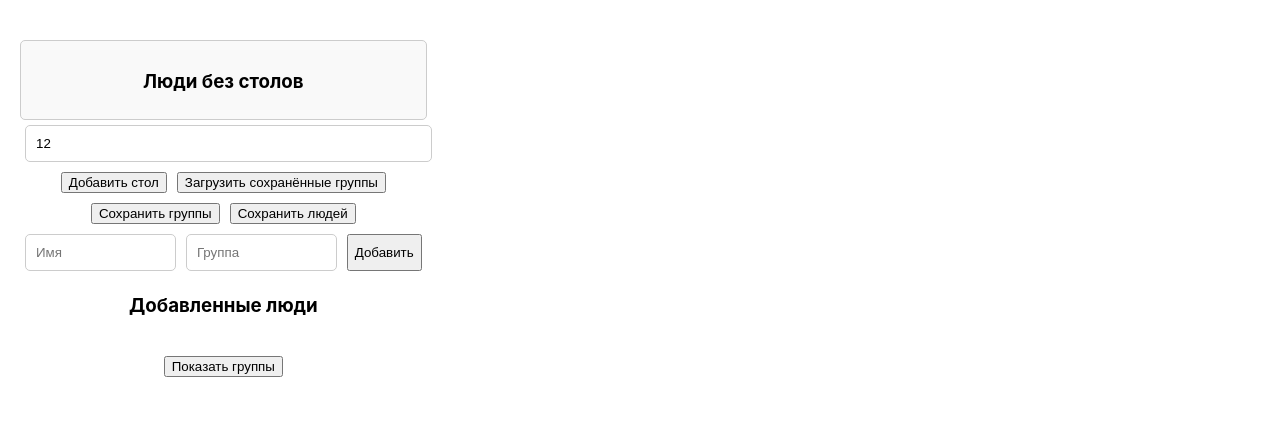
Repository: Vahan-23/Table-V2
Page: /
The author's editor kept a copy of each file at every save. The page is drawn from the files as they stood at one save, then again after the next save.
The browser window is 1280 px wide. The pictures show the whole page.
The project was rebuilt for these pictures with package versions that can differ from the ones it lists, and the page was loaded fresh each time.

Above is the page before, as saved 2025-02-26 13:09:36.

### src/App.js
import './App.css';
import SeatingArrangement from './component/SeatingArrangement';

function App() {
  return (
    <div className="App">
      <SeatingArrangement />
    </div>
  );
}

export default App;

### src/component/SeatingArrangement.jsx
import React, { useState, useEffect } from 'react';
import { useDrag, useDrop } from 'react-dnd';
import { DndProvider } from 'react-dnd';
import { HTML5Backend } from 'react-dnd-html5-backend';
import './App.css';


const SeatingArrangement = () => {
    const [tables, setTables] = useState([]);
    const [people, setPeople] = useState([]);
    const [groupInput, setGroupInput] = useState('');
    const [peopleInput, setPeopleInput] = useState('');
    const [showGroups, setShowGroups] = useState(false);
    const [draggingGroup, setDraggingGroup] = useState(null);
    const [zoom, setZoom] = useState(1);
    const [chairCount, setChairCount] = useState(12);


    const UnseatedPeopleList = ({ people, tables }) => {
        // Фильтруем людей, которые не сидят за столами
        const unseatedPeople = people.filter((person) => {
            return !tables.some((table) => table.people.some((tablePerson) => tablePerson && tablePerson.name === person.name));
        });

        return (
            <div className="unseated-people-list">
                <h3>Люди без столов</h3>
                <ul>
                    {unseatedPeople.map((person, index) => (
                        <li key={index}>
                            {person.name} (Группа {person.group})
                        </li>
                    ))}
                </ul>
            </div>
        );
    };

    useEffect(() => {
        window.addEventListener("wheel", handleWheel, { passive: false });
        return () => window.removeEventListener("wheel", handleWheel);
    }, []);

    const handleWheel = (e) => {
        if (e.ctrlKey) {
            e.preventDefault();
            setZoom((prevZoom) => {
                let newZoom = prevZoom + (e.deltaY > 0 ? -0.1 : 0.1);
                return Math.min(Math.max(newZoom, 0.5), 2); // Ограничиваем от 0.5x до 2x
            });
        }
    };

    useEffect(() => {
        const savedTables = JSON.parse(localStorage.getItem('tables'));
        if (savedTables) setTables(savedTables);
        const savedPeople = JSON.parse(localStorage.getItem('people'));
        if (savedPeople) setPeople(savedPeople);
    }, []);

    const handleAddPerson = (tableId, person) => {
        if (peopleInput && groupInput) {
            const newPerson = { name: peopleInput, group: groupInput };
            setPeople([...people, newPerson]);
            setPeopleInput('');
            setGroupInput('');
            setTables((prevTables) =>
                prevTables.map((table) =>
                  table.id === tableId
                    ? { ...table, people: [...table.people, person] } // Добавление нового человека
                    : table
                )
              );
        } else {
            alert('Пожалуйста, заполните все поля.');
        }
    };

    const handleDeletePerson = (personName) => {
        setPeople(people.filter((person) => person.name !== personName));
    };

    const handleAddTable = () => {
        setTables([...tables, { id: Date.now(),  people: [], chairCount }]); // Передаем количество стульев в таблицу
    };


    const handleChairCountChange = (e) => {
        setChairCount(parseInt(e.target.value, 10)); // Изменяем количество стульев
    };

    const handleDeleteTable = (tableId) => {
        setTables((prevTables) => {
            const tableToRemove = prevTables.find((t) => t.id === tableId);

            if (tableToRemove) {
                setPeople((prevPeople) => {
                    const peopleToReturn = tableToRemove.people.filter((p) => p && p.name); // Проверка на пустые или невалидные объекты

                    const newPeople = [...prevPeople];
                    peopleToReturn.forEach((person) => {
                        // Проверка на наличие такого человека в новом списке людей
                        if (person && !newPeople.some((p) => p.name === person.name)) {
                            newPeople.push(person);
                        }
                    });
                    return newPeople;
                });
            }

            // Удаляем стол
            return prevTables.filter((t) => t.id !== tableId);
        });
    };

    const saveTables = () => {
        localStorage.setItem('tables', JSON.stringify(tables));
    };

    const loadSavedTables = () => {
        const savedTables = JSON.parse(localStorage.getItem('tables'));
        if (savedTables) setTables(savedTables);
    };

    const savePeople = () => {
        localStorage.setItem('people', JSON.stringify(people));
    };


    const renderGroups = () => {
        const groupedPeople = people.reduce((acc, person) => {
            if (!acc[person.group]) acc[person.group] = [];
            acc[person.group].push(person);
            return acc;
        }, {});

        return Object.entries(groupedPeople).map(([groupName, group], index) => (
            <Group
                key={index}
                group={group}
                groupName={groupName} // отображаем имя группы, которое задано пользователем
                setDraggingGroup={setDraggingGroup}
            />
        ));
    };

    return (
        <DndProvider backend={HTML5Backend}>
            <div className="container">
                <div className="left-panel">
                <UnseatedPeopleList people={people} tables={tables} />
                    <div className="controls">
                    <input
                            type="number"
                            value={chairCount}
                            onChange={handleChairCountChange}
                            min="1"
                            placeholder="Количество стульев на столе"
                        />
                        <button onClick={handleAddTable}>Добавить стол</button>
                        <button onClick={loadSavedTables}>Загрузить сохранённые группы</button>
                        <button onClick={saveTables}>Сохранить группы</button>
                        <button onClick={savePeople}>Сохранить людей</button>
                    </div>

                    <div className="person-input">
                        <input
                            type="text"
                            value={peopleInput}
                            onChange={(e) => setPeopleInput(e.target.value)}
                            placeholder="Имя"
                        />
                        <input
                            type="text"
                            value={groupInput}
                            onChange={(e) => setGroupInput(e.target.value)}
                            placeholder="Группа"
                        />
                        <button onClick={handleAddPerson}>Добавить</button>
                    </div>

                    <div className="people-list">
                        <h3>Добавленные люди</h3>
                        <ul>
                            {people.map((person, index) => (
                                <li key={index}>
                                    {person.name} (Группа {person.group})
                                    <button
                                        onClick={() => handleDeletePerson(person.name)}
                                        className="delete-btn"
                                    >
                                        Удалить
                                    </button>
                                </li>
                            ))}
                        </ul>
                    </div>

                    <div className="toggle-groups">
                        <button onClick={() => setShowGroups(!showGroups)}>
                            {showGroups ? 'Скрыть группы' : 'Показать группы'}
                        </button>
                        {showGroups && (
                            <div className="group-list">

                                <h3>Группы для перетаскивания: </h3>
                                {renderGroups()}
                                <div className="controls">
                                    <button onClick={() => setZoom((z) => Math.min(z + 0.1, 2))}>+</button>
                                    <button onClick={() => setZoom((z) => Math.max(z - 0.1, 0.5))}>-</button>
                                </div>
                            </div>
                        )}
                    </div>
                </div>

                <div className="right-panel" style={{ transform: `scale(${zoom})`, transformOrigin: "center" }}>
            {tables.map((table) => (
                <Table
                    key={table.id}
                    table={table}
                    setTables={setTables}
                    handleDeleteTable={handleDeleteTable}
                    draggingGroup={draggingGroup}
                    setDraggingGroup={setDraggingGroup}
                    people={people} // Pass the `people` prop here
                    setPeople={setPeople}

                />
            ))}

            {draggingGroup && (
                <NewTable
                    draggingGroup={draggingGroup}
                    setTables={setTables}
                    setDraggingGroup={setDraggingGroup}
                    setPeople={setPeople}
                />
            )}
        </div>
            </div>
        </DndProvider>
    );

};

const Popup = ({ people, onSelectPerson, onClose }) => {
    return (
        <div className="popup-overlay" onClick={onClose}>
            <div className="popup-content" onClick={(e) => e.stopPropagation()}>
                <h3>Выберите человека</h3>
                <ul>
                    {people.map((person, index) => (
                        <li key={index}>
                            <button onClick={() => onSelectPerson(person)}>
                                {person.name}
                            </button>
                        </li>
                    ))}
                </ul>
                <button onClick={onClose}>Закрыть</button>
            </div>
        </div>
    );
};

// Компонент Table
const Table = ({ table, setTables, handleDeleteTable, draggingGroup, setDraggingGroup, people ,setPeople }) => {
    const [selectedChairIndex, setSelectedChairIndex] = useState(null);
    const [isPopupVisible, setIsPopupVisible] = useState(false);

    const [, drop] = useDrop({
        accept: 'GROUP',
        drop: (item) => {
            if (table.people.length + item.group.length <= table.chairCount) { // Используем chairCount стола
                setTables((prevTables) =>
                    prevTables.map((t) =>
                        t.id === table.id
                            ? { ...t, people: [...t.people, ...item.group] }
                            : t
                    )
                );
                setDraggingGroup(null);
                setPeople((prevPeople) =>
                    prevPeople.filter((person) =>
                        !item.group.some((groupPerson) => groupPerson.name === person.name)
                    )
                ); }
                else {
                alert(`На столе не может быть больше ${table.chairCount} человек!`);
            }
        },
    });

    const handleChairClick = (index) => {
        setSelectedChairIndex(index);
        setIsPopupVisible(true); // Показываем попап
    };

    const handleSelectPerson = (person) => {
        if (selectedChairIndex !== null) {
            // Копируем текущие данные стола и людей
            const updatedPeople = [...table.people];
            updatedPeople[selectedChairIndex] = person;

            // Обновляем столы с изменением людей
            setTables((prevTables) =>
                prevTables.map((t) =>
                    t.id === table.id ? { ...t, people: updatedPeople } : t
                )
            );

            // Обновляем список людей, удаляя выбранного человека
            setPeople((prevPeople) =>
                prevPeople.filter((p) => p.name !== person.name)
            );

            // Закрываем попап и сбрасываем выбранный стул
            setIsPopupVisible(false);
            setSelectedChairIndex(null);
        }
    };


    const filteredPeople = people.filter((person) => {
        return !table.people.some((tablePerson) => tablePerson && tablePerson.name === person.name);
    });

    const chairs = [];
    const angleStep = 360 / table.chairCount; // Используем chairCount стола
    const radius = 140;

    const peopleOnTable = table.people || [];

    for (let i = 0; i < table.chairCount; i++) { // Здесь также используем chairCount
        const angle = angleStep * i;
        const xPosition = radius * Math.cos((angle * Math.PI) / 180);
        const yPosition = radius * Math.sin((angle * Math.PI) / 180);

        const chairStyle = {
            position: 'absolute',
            top: '50%',
            left: '50%',
            transformOrigin: 'center',
            width: '60px',
            height: '60px',
            backgroundImage: peopleOnTable[i] ? "url('/red1.png')" : "url('/green2.png')",
            backgroundSize: 'cover',
            backgroundPosition: 'center',
            backgroundRepeat: 'no-repeat',
            color: 'white',
            display: 'flex',
            justifyContent: 'center',
            alignItems: 'center',
            borderRadius: '50%',
            fontSize: '12px',
            textAlign: 'center',
            left: `calc(50% + ${xPosition}px)`,
            top: `calc(50% + ${yPosition}px)`,

        };


        if (angle >= 0 && angle < 90) {
            chairStyle.transform = `rotate(${angle + 90}deg)`;
        } else if (angle >= 90 && angle < 180) {
            chairStyle.transform = `rotate(${angle + 90}deg)`;
        } else if (angle >= 180 && angle < 270) {
            chairStyle.transform = `rotate(${angle + 90}deg)`;
        } else {
            chairStyle.transform = `rotate(${angle + 90}deg)`;
        }

        chairs.push(
            <div
                key={i}
                className="chair"
                style={chairStyle}
                onClick={() => handleChairClick(i)}
            >
                {peopleOnTable[i] ? peopleOnTable[i].name : ''}
            </div>
        );
    }


    return (
        <div ref={drop} className="tableContainer">
            <h3>Стол {table.id} (Стульев: {table.chairCount})</h3> {/* Отображаем количество стульев */}
            <div className="table">
                <div className="table-top">
                    {chairs}
                </div>
            </div>
            <button onClick={() => handleDeleteTable(table.id)}>Удалить стол</button>

            {isPopupVisible && (
                <div className="popup-overlay">
                    <div className="popup">
                        <h3>Выберите человека</h3>
                        <ul>
                            {filteredPeople.map((person) => (
                                <li key={person.name} onClick={() => handleSelectPerson(person)}>
                                    {person.name}
                                </li>
                            ))}
                        </ul>
                        <button onClick={() => setIsPopupVisible(false)}>Закрыть</button>
                    </div>
                </div>
            )}
        </div>
    );
};


const Group = ({ group, groupName, setDraggingGroup }) => {
    const [{ isDragging }, drag] = useDrag({
        type: 'GROUP',
        item: { group },
        collect: (monitor) => ({
            isDragging: monitor.isDragging(),
        }),
    });

    useEffect(() => {
        if (isDragging) {
            setDraggingGroup(group);
        }
    }, [isDragging, group, setDraggingGroup]);

    return (
        <div ref={drag} className="group" style={{ opacity: isDragging ? 0.5 : 1 }}>
            <h4>{groupName}</h4>
        </div>
    );
};




const NewTable = ({ draggingGroup, setTables, setDraggingGroup , setPeople }) => {
    const [{ isOver }, drop] = useDrop({
        accept: 'GROUP',
        drop: (item) => {
            // Ensure the group isn't too large
            if (item.group.length <= 12) {
                const newTable = {
                    id: Date.now(), // Unique ID for the table
                    people: item.group, // Assign the dropped group to the table
                    chairCount: item.group.length, // Number of chairs is equal to the group size
                };

                // Add the new table to the state
                setTables((prevTables) => [...prevTables, newTable]);
                setPeople((prevPeople) =>
                    prevPeople.filter((person) => !item.group.some((groupPerson) => groupPerson.name === person.name))
                );

            } else {
                alert('Новый стол не может содержать больше 12 человек!');
            }

            // Reset the dragging group after the drop
            setDraggingGroup(null);
        },
        collect: (monitor) => ({
            isOver: monitor.isOver(), // Determine if the area is being hovered
        }),
    });

    return (
        <div
            ref={drop}
            className={`new-table ${isOver ? 'hovered' : ''}`} // Add a visual effect when hovered
            style={{
                border: '2px dashed gray',
                padding: '20px',
                textAlign: 'center',
                backgroundColor: isOver ? '#e0e0e0' : '#f5f5f5',
            }}
        >
            Перетащите группу сюда, чтобы создать новый стол
        </div>
    );
};


export default SeatingArrangement;

### src/component/App.css
.container {
  display: flex;
  padding: 20px;
}

.left-panel {
  flex: 1;
  margin-right: 20px;
}

.right-panel {
  flex: 2;
  display: flex;
  flex-wrap: wrap;
  justify-content: flex-start;
}

.controls button, .person-input button {
  margin: 5px;
}

.person-input {
  display: flex;
  justify-content: space-between;
  margin-bottom: 10px;
}

input {
  display: flex;
  justify-content: space-between;
  padding: 10px;
  margin: 5px;
  border: 1px solid #ccc;
  border-radius: 5px;
  width: calc(100% - 22px); /* Учитываем padding и border */
}
.people-list ul {
  list-style-type: none;
  padding: 0;
}

.people-list li {
  margin-bottom: 10px;
}

.delete-btn {
  margin-left: 10px;
}

.toggle-groups button {
  margin-top: 20px;
}

.tableContainer{
  position: relative;
  display: flex;
  width: 450px;
  height: 450px;
  /* background-color: aqua; */
  justify-content: space-between;
  align-items: center;
  text-align: center;
  flex-direction: column;
  /* border-radius: 50%; */
  overflow: hidden;
}

.table {
  /* position: relative; */
  margin: 20px;
  width: 200px;
  height: 200px;
  border: 50px solid #e7d8c7;
  border-radius: 50%;
  display: flex;
  justify-content: center;
  align-items: center;
  background-image: url('../../public/table.jpg');
  background-size: cover;
}

.table-top {
  position: relative;
  top: -15%;
  left: -15%;
  /* /* width: 250px; */
  /* height: 250px; */
}

.chair {
  position: absolute;
  width: 60px;
  height: 60px;
  background-size: cover;
  background-position: center;
  background-repeat: no-repeat;
  color: white;
  display: flex;
  justify-content: center;
  align-items: center;
  border-radius: 50%;
  font-size: 12px;
  text-align: center;
  cursor: pointer;
  transition: transform 0.2s ease, opacity 0.2s ease;
}

.chair:hover {
  transform: scale(1.1);
  opacity: 0.7;
}
.new-table {
  width: 100px;
  height: 100px;
  background-color: lightgray;
  margin: 10px;
  display: flex;
  justify-content: center;
  align-items: center;
  font-size: 14px;
  border: 2px dashed #3498db;
  position: relative;
}

.group {
  padding: 10px;
  border: 1px solid black;
  margin-bottom: 10px;
  cursor: move;
}

.group h4 {
  margin: 0;
}

/* Стиль для затемнённого фона */
.popup-overlay {
  position: fixed;
  top: 0;
  left: 0;
  width: 100%;
  height: 100%;
  background: rgba(0, 0, 0, 0.7);
  display: flex;
  justify-content: center;
  align-items: center;
  z-index: 1000; /* Делает попап на переднем плане */
}

/* Стиль для самого попапа */
.popup {
  background-color: white;
  padding: 20px;
  border-radius: 8px;
  box-shadow: 0 4px 6px rgba(0, 0, 0, 0.1);
  width: 300px;
  max-height: 80%;
  overflow-y: auto;
}

/* Список людей */
.popup ul {
  list-style-type: none;
  padding: 0;
}

.popup li {
  padding: 10px;
  cursor: pointer;
  border-bottom: 1px solid #ddd;
}

.popup li:hover {
  background-color: #f0f0f0;
}

.popup button {
  margin-top: 10px;
  background-color: #ff6b6b;
  color: white;
  border: none;
  padding: 10px 15px;
  border-radius: 5px;
  cursor: pointer;
  font-size: 14px;
}

.popup button:hover {
  background-color: #ff4a4a;
}

.unseated-people-list {
  margin-top: 20px;
  padding: 10px;
  border: 1px solid #ccc;
  border-radius: 5px;
  background-color: #f9f9f9;
}

.unseated-people-list h3 {
  margin-bottom: 10px;
}

.unseated-people-list ul {
  list-style-type: none;
  padding: 0;
}

.unseated-people-list li {
  padding: 5px;
  border-bottom: 1px solid #ddd;
}

.unseated-people-list li:last-child {
  border-bottom: none;
}

Loaded but not shown: public/index.html (common file); src/index.js (common file); src/index.css (common file); src/reportWebVitals.js (common file); src/App.css (common file)

After the next save:
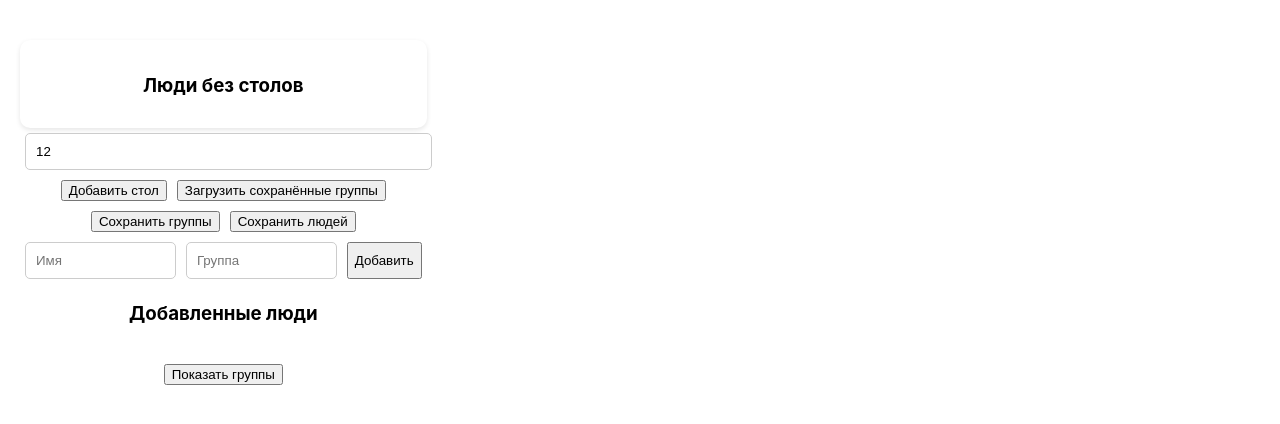
Saved 19 s later.
--- a/src/component/App.css
+++ b/src/component/App.css
@@ -190,11 +190,11 @@ input {
 }
 
 .unseated-people-list {
+  background-color: white;
+  padding: 15px;
+  border-radius: 10px;
+  box-shadow: 0 2px 5px rgba(0, 0, 0, 0.1);
   margin-top: 20px;
-  padding: 10px;
-  border: 1px solid #ccc;
-  border-radius: 5px;
-  background-color: #f9f9f9;
 }
 
 .unseated-people-list h3 {
